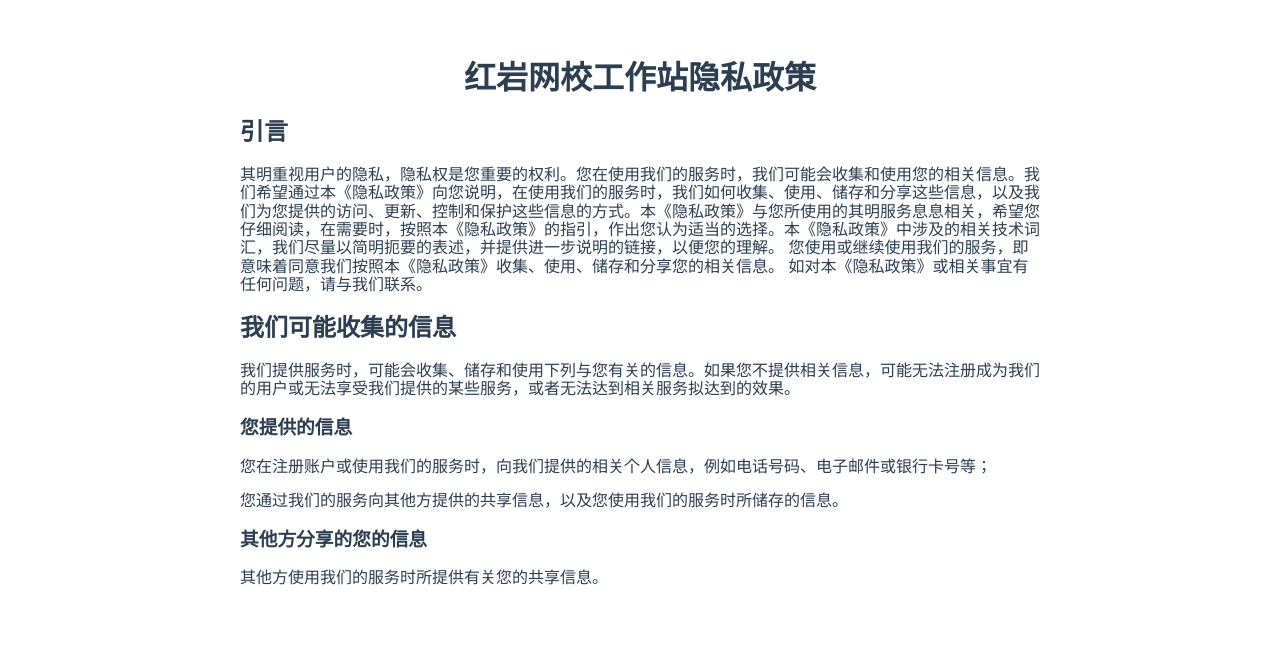
Repository: zl-mdc/privacy-policy
Page: /
An editor plug-in stored every save of this project. The page is shown before and after the next save, followed by the edit.
The browser window is 1280 px wide. The pictures show the whole page.
The project was rebuilt for these pictures with package versions that can differ from the ones it lists, and the page was loaded fresh each time.

Above is the page before, as saved 2020-09-17 15:36:37.

### src/main.js
import Vue from 'vue'
import App from './App.vue'
import 'normalize.css'

Vue.config.productionTip = false

new Vue({
  render: h => h(App),
}).$mount('#app')

### src/App.vue
<template>
  <div id="app">
    <Info />
  </div>
</template>

<script>
import Info from './components/Info';

export default {
  name: 'App',
  components: {
    Info
  }
}
</script>

<style>
#app {
  font-family: Avenir, Helvetica, Arial, sans-serif;
  -webkit-font-smoothing: antialiased;
  -moz-osx-font-smoothing: grayscale;
  text-align: center;
  color: #2c3e50;
  margin-top: 60px;
}
</style>

### src/components/Info.vue
<!--
 * @Author: Code_Master
 * @Date: 2020-09-17 15:00:51
 * @LastEditTime: 2020-09-17 15:36:37
 * @LastEditors: Code_Master
 * @FilePath: /privacy-policy/src/components/Info.vue
 * @Description: The first 90% of the code accounts for the first 90% of the development time. The remaining 10% of the code accounts for the other 90% of the development time.
-->
<template>
    <div id="info">
          <h1>红岩网校工作站隐私政策</h1>

          <h2>引言</h2>
          <p><span></span>其明重视用户的隐私，隐私权是您重要的权利。您在使用我们的服务时，我们可能会收集和使用您的相关信息。我们希望通过本《隐私政策》向您说明，在使用我们的服务时，我们如何收集、使用、储存和分享这些信息，以及我们为您提供的访问、更新、控制和保护这些信息的方式。本《隐私政策》与您所使用的其明服务息息相关，希望您仔细阅读，在需要时，按照本《隐私政策》的指引，作出您认为适当的选择。本《隐私政策》中涉及的相关技术词汇，我们尽量以简明扼要的表述，并提供进一步说明的链接，以便您的理解。 您使用或继续使用我们的服务，即意味着同意我们按照本《隐私政策》收集、使用、储存和分享您的相关信息。 如对本《隐私政策》或相关事宜有任何问题，请与我们联系。 </p>

          <h2>我们可能收集的信息</h2>
          <p>我们提供服务时，可能会收集、储存和使用下列与您有关的信息。如果您不提供相关信息，可能无法注册成为我们的用户或无法享受我们提供的某些服务，或者无法达到相关服务拟达到的效果。</p>
          <h3>您提供的信息</h3>
          <p>您在注册账户或使用我们的服务时，向我们提供的相关个人信息，例如电话号码、电子邮件或银行卡号等；</p>
          <p>您通过我们的服务向其他方提供的共享信息，以及您使用我们的服务时所储存的信息。</p>
          <h3>其他方分享的您的信息</h3>
          <p>其他方使用我们的服务时所提供有关您的共享信息。</p>

    </div>
</template>

<script>
export default {
    name: "Info",
}
</script>

<style>
    #info {
        width: 800px;
        margin: 0 auto;
    }
    h2 {
        text-align: left;
    }
    p {
        text-align: left;
    }
    h3 {
        text-align: left;
    }
</style>

Loaded but not shown: public/index.html (common file)

After the next save:
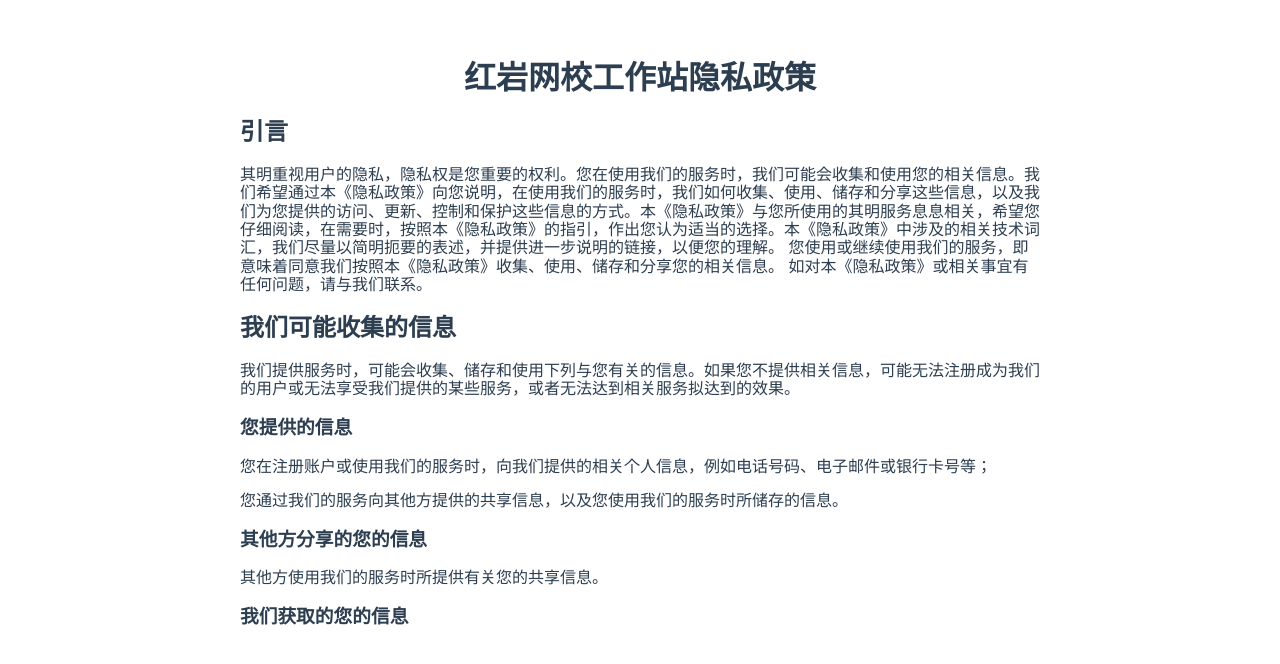
Saved 21 s later.
--- a/src/components/Info.vue
+++ b/src/components/Info.vue
@@ -1,7 +1,7 @@
 <!--
  * @Author: Code_Master
  * @Date: 2020-09-17 15:00:51
- * @LastEditTime: 2020-09-17 15:36:37
+ * @LastEditTime: 2020-09-17 15:36:58
  * @LastEditors: Code_Master
  * @FilePath: /privacy-policy/src/components/Info.vue
  * @Description: The first 90% of the code accounts for the first 90% of the development time. The remaining 10% of the code accounts for the other 90% of the development time.
@@ -20,7 +20,8 @@
           <p>您通过我们的服务向其他方提供的共享信息，以及您使用我们的服务时所储存的信息。</p>
           <h3>其他方分享的您的信息</h3>
           <p>其他方使用我们的服务时所提供有关您的共享信息。</p>
-
+          <h3>我们获取的您的信息</h3>
+          <p></p>
     </div>
 </template>
 
